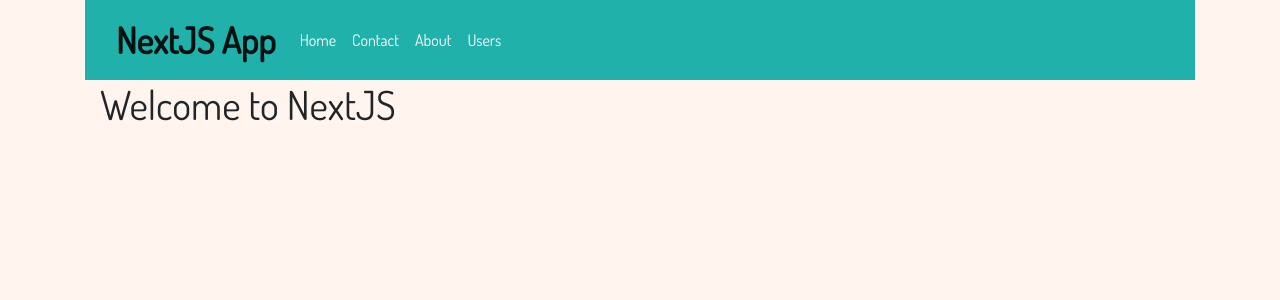
Repository: CaptainStorm21/NextJS-React16
Page: /
An editor plug-in stored every save of this project. The page is shown before and after the next save, followed by the edit.
The browser window is 1280 px wide. The pictures show the whole page.
The page's requests for data from a server got no answer. The project was rebuilt for these pictures with package versions that can differ from the ones it lists, and the page was loaded fresh each time. The framework's server and built-in components were replaced by stand-ins that run in the browser. No one was signed in, and anything a server would have sent is missing. Also part of the build but not shown: styles/main.css.

Above is the page before, as saved 2020-06-10 17:43:09.

### pages/index.js
import React, { Component } from "react";
import axios from "axios";
import MainLayout from "../components/layouts/MainLayout";
// import '../styles/main.css'
import MyStyle from '../styles/main.css';

export default class Home extends Component {
  static async getInitialProps({ pathname, query, asPath, req, res }) {
    let userData;

    try {
      const response = await axios.get(
        "http://jsonplaceholder.typicode.com/users/1"
      );
      userData = response.data;
      // console.log('getting loaded first')
      // console.log(userData)
    } catch {
      console.log("error");
    }
    // const request = axios.get('http://jsonplaceholder.typicode.com/users/1')
    //   .then(response => {
    //                             console.log(response.data)
    //                           })
    // console.log(context);

    console.log(pathname);
    console.log(res);
    console.log(req);

    return {
      user: {
        name: "Francis",
        lastName: "Medici",
      },
      userData,
    };
  }
  constructor(props) {
    super(props);
    // console.log("constructor");
    console.log(this.props.user);
    this.state = {
      user: this.props.user,
      userData: this.props.userData,
    };
  }
  render() {
    console.log(this.props.user);
    console.log(this.state);
    return (
      <>
        <MainLayout>
          <h1 className={MyStyle.superAwesome}>Welcome to NextJS</h1>
        </MainLayout>
      </>
    );
  }
}

### components/layouts/MainLayout.js
import React from "react";
import Header from "../includes/Header";
import Head from "next/head";

const mainLayout = (props) => (
  <>
    <Head>
      <title>Welcomet NextJS App</title>
      <link href="#" rel="stylesheet" />
      <link
        href="https://fonts.googleapis.com/css2?family=Dosis&display=swap"
        rel="stylesheet"
      />
      <link
        href="https://cdnjs.cloudflare.com/ajax/libs/twitter-bootstrap/4.3.1/css/bootstrap.min.css"
        rel="stylesheet"
      />
      <link href="/static/css/styles.css" rel="stylesheet" />
    </Head>
    <div className="mainLayout container">
      <Header />
      <div className="container">{props.children}</div>
    </div>
  </>
);

export default mainLayout;

### components/includes/Header.js
import React, { Component } from "react";
import Link from "next/link";

const Header = () => (
  <>
    <header>
      <div className="container">
        <nav className="navbar navbar-expand-lg navbar-light">
          <Link href="/">
            <a className="navbar-brand">NextJS App</a>
          </Link>

          <div className="collapse navbar-collapse">
            <div className="navbar-nav">
              <Link href="/">
                <a className="nav-item nav-link">Home</a>
              </Link>
              <Link href="/contact">
                <a className="nav-item nav-link">Contact</a>
              </Link>
              <Link href="/about">
                <a className="nav-item nav-link">About</a>
              </Link>
              <Link href="/users">
                <a className="nav-item nav-link">Users</a>
              </Link>
            </div>
          </div>
        </nav>
      </div>
    </header>
  </>
);

export default Header;

### static/css/styles.css
.contact_static {
  color: green;
  background-color: yellow;
}

header {
  background: #333333;
}

header .navbar-brand {
  color: darkslategrey;
  font-weight: 900;
  font-size:  36px !important;
}

header .navbar-nav .nav-item {
  color: #ffffff !important;
}

body {
  font-family: "Dosis", sans-serif;
  background-color:  seashell;
}

header {
  background: lightseagreen;
}

After the next save:
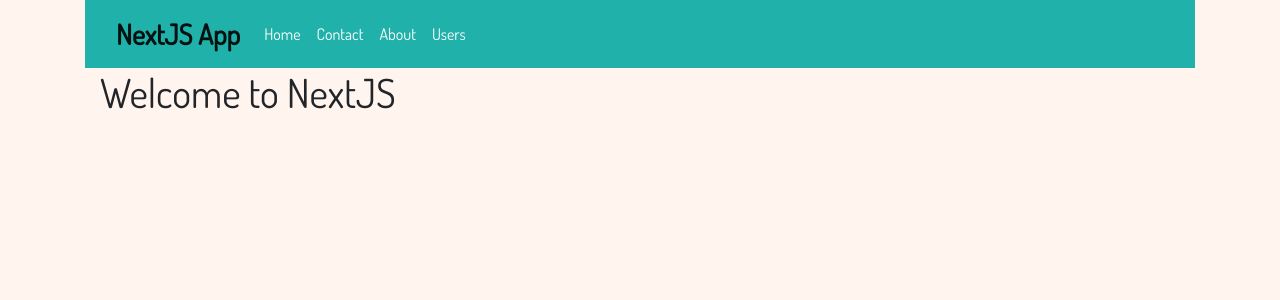
Saved 8 s later.
--- a/static/css/styles.css
+++ b/static/css/styles.css
@@ -10,7 +10,7 @@ header {
 header .navbar-brand {
   color: darkslategrey;
   font-weight: 900;
-  font-size:  36px !important;
+  font-size:  28px !important;
 }
 
 header .navbar-nav .nav-item {
